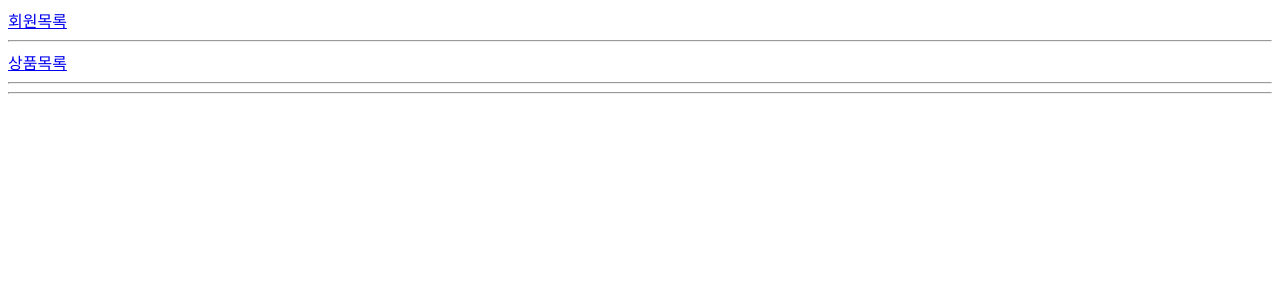
Repository: BOB-Team/littlePick
Page: http://localhost/littlePick/index_junho.jsp
These files come from the project's save history. The page is drawn as it stood at one moment and after the next save; the edit follows.
The browser window is 1280 px wide. The pictures show the whole page.
The page is served by Tomcat 9. Nobody is signed in. The application's start-up code is not run. Other server files are loaded and not shown.

Above is the page before, as saved 2021-07-30 02:15:06.

### littlePick/littlePick/littlePick/src/main/webapp/index_junho.jsp
<%@ page language="java" contentType="text/html; charset=UTF-8"
    pageEncoding="UTF-8"%>

<!DOCTYPE html>
<html lang="ko">
<head>
<meta charset="UTF-8">
<meta name="viewport" content="width=device-width, initial-scale=1.0">
<meta http-equiv="X-UA-Compatible" content="ie=edge">
<title>LittlePick- Home</title>
<link rel="icon" href="resources/img/Fevicon.png" type="resources/image/png">
</head>
<body>

	<a href="admin_member.do">회원목록</a><hr>
	<a href="admin_product.do">상품목록</a><hr>

	<hr>

</body>
</html>

After the next save:
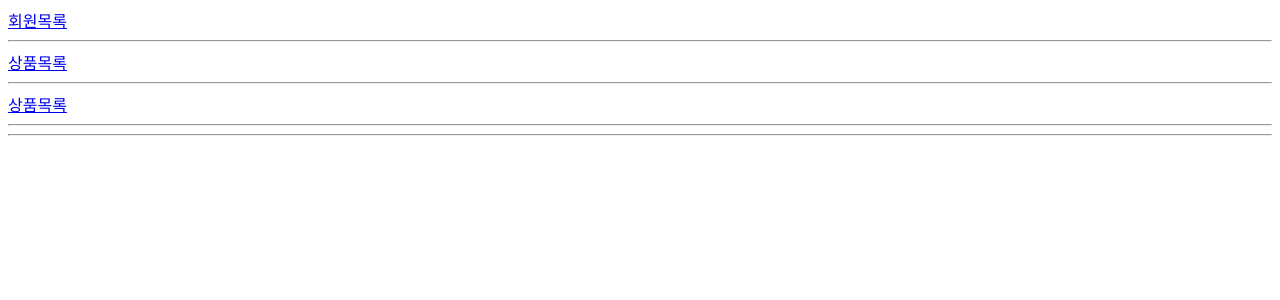
Saved 75 s later.
--- a/littlePick/littlePick/littlePick/src/main/webapp/index_junho.jsp
+++ b/littlePick/littlePick/littlePick/src/main/webapp/index_junho.jsp
@@ -14,6 +14,7 @@
 
 	<a href="admin_member.do">회원목록</a><hr>
 	<a href="admin_product.do">상품목록</a><hr>
+	<a href="admin_productinfo.do">상품목록</a><hr>
 
 	<hr>
 
